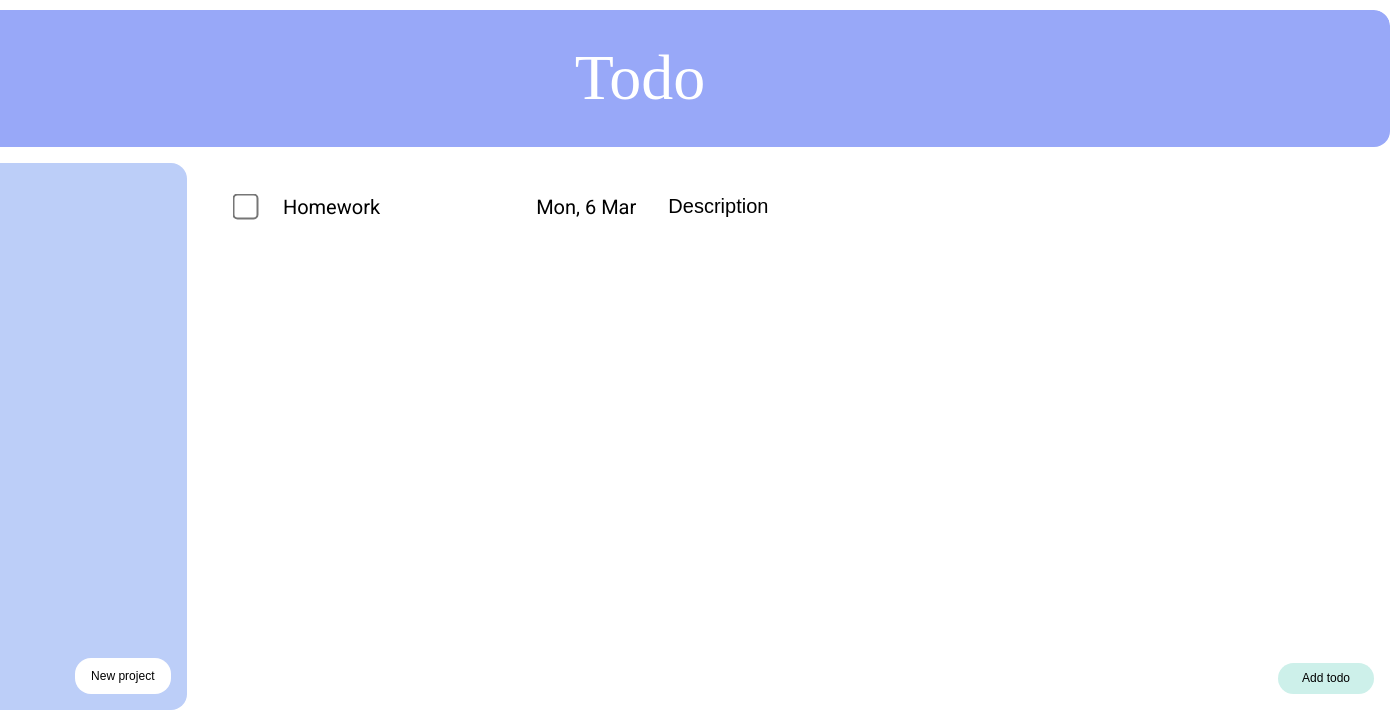
Repository: yeetzpxoci/todo-list
Page: dist/index.html
An editor plug-in stored every save of this project. The page is shown before and after the next save, followed by the edit.
The browser window is 1280 px wide. The page is 1390 px wide, so the pictures cover 1390 px, including what lies to the right of the window. The pictures show the whole page.
Some web fonts or font styles are not loaded; a fallback is used.

Above is the page before, as saved 2023-03-07 17:25:29.
Console error: ReferenceError: projectNameSubmit is not defined

### dist/index.html
<!DOCTYPE html>
<html lang="en">
<head>
    <meta charset="UTF-8">
    <meta http-equiv="X-UA-Compatible" content="IE=edge">
    <meta name="viewport" content="width=device-width, initial-scale=1.0">
    <title>Todo List</title>
    <link rel="stylesheet" href="styles.css">
    <link rel="preconnect" href="https://fonts.googleapis.com">
    <link rel="preconnect" href="https://fonts.gstatic.com" crossorigin>
    <link href="https://fonts.googleapis.com/css2?family=Tilt+Warp&display=swap" rel="stylesheet">
    <link href="https://fonts.googleapis.com/css2?family=Roboto&family=Tilt+Warp&display=swap" rel="stylesheet">
</head>
<body>

<script src="main.js"></script>
</body>
</html>

### dist/styles.css
body, html {
    margin:0;
    padding: 0;
}

body {
    min-height: 100vh;
    display: flex;
    flex-direction: column;
    justify-content: center;
    align-items: center;
    font-family: 'Roboto';
    background-color: white;
}

p {
    margin: 0;
    padding: 0;
}

#content {
    width: 1500px;
    height: 700px;
    display: grid;
    grid-template-columns: 1fr 4fr;
    grid-template-rows: 1fr 4fr;
    background-color: white;
    z-index: 0;
    overflow: hidden;
    border-radius: 16px;
    gap: 16px;
}

#header {
    display: flex;
    justify-content: center;
    align-items: center;
    background-color: #98A8F8;
    font-size: 64px;
    font-family: 'Tilt Warp', cursive;
    grid-column: 1 / 3;
    grid-row: 1 / 2;
    z-index: 1;
    border-radius: 16px;
}

#header p {
    margin: 24px;
    padding: 0;
    color: white;
}

#sidebar {
    display: flex;
    flex-direction: column;
    background-color: #BCCEF8   ;
    grid-column: 1 / 2;
    grid-row: 2 / 3;
    z-index: -1;
    padding-left: 24px;
    padding-top: 24px;
    border-radius: 16px;
}

#projects-div {
    display: flex;
    flex-direction: column;
    width: 100%;
}

#add-project {
    align-self: flex-end;
    border-radius: 16px;
    border-width: 0;
    height: 36px;
    width: 96px;
    font-size: 12px;
    margin-top: auto;
    margin-right: 16px;
    margin-bottom: 16px;
    background-color: white;
    cursor: pointer;
}

#add-todo {
    align-self: flex-end;
    border-radius: 16px;
    border-width: 0;
    height: 36px;
    width: 96px;
    font-size: 12px;
    margin-top: auto;
    margin-bottom: 16px;
    margin-right: 16px;
    background-color: #CDF0EA;
    cursor: pointer;
}

.project-name {
    font-size: 32px;
    font-weight: bold;
    cursor: pointer;
}

#todos-wrapper {
    display: flex;
    flex-direction: column;
    gap: 16px;
    background-color: white;
    border-radius: 16px;
}

#todos {
    height: 100%;
    display: grid;
    grid-template-columns: 1fr 1fr;
    grid-auto-rows: 20%;
    column-gap: 16px;
    padding-left: 16px;
    padding-right: 16px;
    margin-top: 16px;
    overflow: scroll;
}

.todo, .todo-high, .todo-medium, .todo-low {
    display: flex;
    justify-content: space-between;
    align-items: center;
    height: 60%;
    border-radius: 16px;
    padding-left: 16px;
    padding-right: 16px;
    font-size: 20px;
}

.todo-high {
    background-color: #FFCBCB;
}

.todo-medium {
    background-color: #FFFDDE;
}

.todo-low {
    background-color: #E7FBBE;
}

.due {
    padding-left: 128px;
}

.checkbox {
    transform: scale(2);
}

.description {
    background-color: #caf1ff;
    border-radius: 16px;
    border-width: 0px;
    font-size: 20px;
    padding: 4px;
    cursor: pointer;
    background-color: transparent;
}

#description-div {
    display: none;
    flex-direction: column;
    flex-wrap: wrap;
    background-color: #F9F9F9;
    width: 25%;
    height: 40%;
    border-radius: 16px;
    padding: 16px;
    position: absolute;
    margin-left: auto;
    margin-right: auto;
    left: 0;
    right: 0;
    z-index: 2;
    box-shadow: 0 0 0 1600px rgba(0, 0, 0, 0.65);
}

#description-text {
    justify-content: baseline;
}

#close-button {
    margin-top: -8px;
    margin-right: -8px;
    font-weight: bold;
    width: 24px;
    height: 24px;
    align-self: flex-end;
    background-color: transparent;
    border: transparent;
    cursor: pointer;
}

#new-project-form {
    display: none;
    flex-direction: column;
    align-items: center;
    gap: 8px;
    flex-wrap: wrap;
    background-color: #F9F9F9;
    width: 20%;
    height: 10%;
    border-radius: 16px;
    padding: 16px;
    position: absolute;
    margin-left: auto;
    margin-right: auto;
    left: 0;
    right: 0;
    top: 256px;
    z-index: 2;
    box-shadow: 0 0 0 1600px rgba(0, 0, 0, 0.65);
}

#new-todo-form {
    display: none;
    flex-direction: column;
    align-items: center;
    gap: 8px;
    flex-wrap: wrap;
    background-color: #F9F9F9;
    width: 20%;
    height: 20%;
    border-radius: 16px;
    padding: 16px;
    position: absolute;
    margin-left: auto;
    margin-right: auto;
    left: 0;
    right: 0;
    top: 256px;
    z-index: 2;
    box-shadow: 0 0 0 1600px rgba(0, 0, 0, 0.65);
}

### dist/main.js
(()=>{"use strict";let e=[];function t(e){return{name:e,todos:[]}}let n=t("Default");function o(){for(let e=0;e<projects.length;e++){const t=document.createElement("p");t.className="project-name",t.innerHTML=projects[e].name,sidebarDiv.append(t)}}function c(){sidebarDiv.innerHTML=""}n.todos.push({title:"Homework",description:"Networks and Security bTCP Homework",dueDate:"Mon, 6 Mar",priority:"High"}),e.push(n),function(e){const t=document.createElement("div");t.id="content";const n=document.createElement("div");n.id="header";const d=document.createElement("p");d.innerHTML="Todo",n.append(d);const i=document.createElement("div");i.id="sidebar";const a=document.createElement("button");a.id="add-project",a.innerHTML="New project",a.addEventListener("click",(function(){document.getElementById("new-project-form").style.display="flex"})),i.append(a);const s=document.createElement("div");s.id="todos-wrapper";const r=document.createElement("div");r.id="todos";const m=document.createElement("button");m.id="add-todo",m.innerHTML="Add todo",s.append(r,m);const l=document.createElement("button");l.id="close-button",l.innerHTML="X",l.addEventListener("click",(function(){this.parentElement.style.display="none"}));for(let t=0;t<e[0].todos.length;t++){const n=document.createElement("div");n.className="todo";const o=document.createElement("input");o.className="checkbox",o.type="checkbox";const c=document.createElement("p");c.innerHTML=e[0].todos[t].title,c.className="todo-name";const d=document.createElement("p");d.innerHTML=e[0].todos[t].dueDate,d.className="due";const i=document.createElement("p");i.id="description-text",i.innerHTML=e[0].todos[t].description;const a=l.cloneNode(!0);a.addEventListener("click",(function(){this.parentElement.style.display="none"}));const s=document.createElement("div");s.id="description-div",s.append(a,i);const m=document.createElement("button");m.innerHTML="Description",m.className="description",m.addEventListener("click",(function(){this.previousElementSibling.style.display="flex"})),n.append(o,c,d,s,m),r.append(n)}const p=document.createElement("form");p.id="new-project-form",p.onsubmit=function(e){e.preventDefault()};const u=document.createElement("input");u.id="project-name-input",u.type="text",u.placeholder="Project name";const E=document.createElement("input");E.type="submit",E.value="Add project",E.addEventListener("click",(function(){c(),o(),this.parentElement.style.display="none"})),p.append(l,u,E),t.append(n,i,s,p),document.body.appendChild(t)}(e),projectNameSubmit.addEventListener("click",(function(){!function(n){let o=t(document.getElementById("project-name-input").value);e.push(o)}(),sidebarDiv.innerHTML="",function(){for(let t=0;t<e.length;t++){const n=document.createElement("p");n.className="project-name",n.innerHTML=e[t].name,sidebarDiv.append(n)}}(),this.parentElement.style.display="none"}))})();

After the next save:
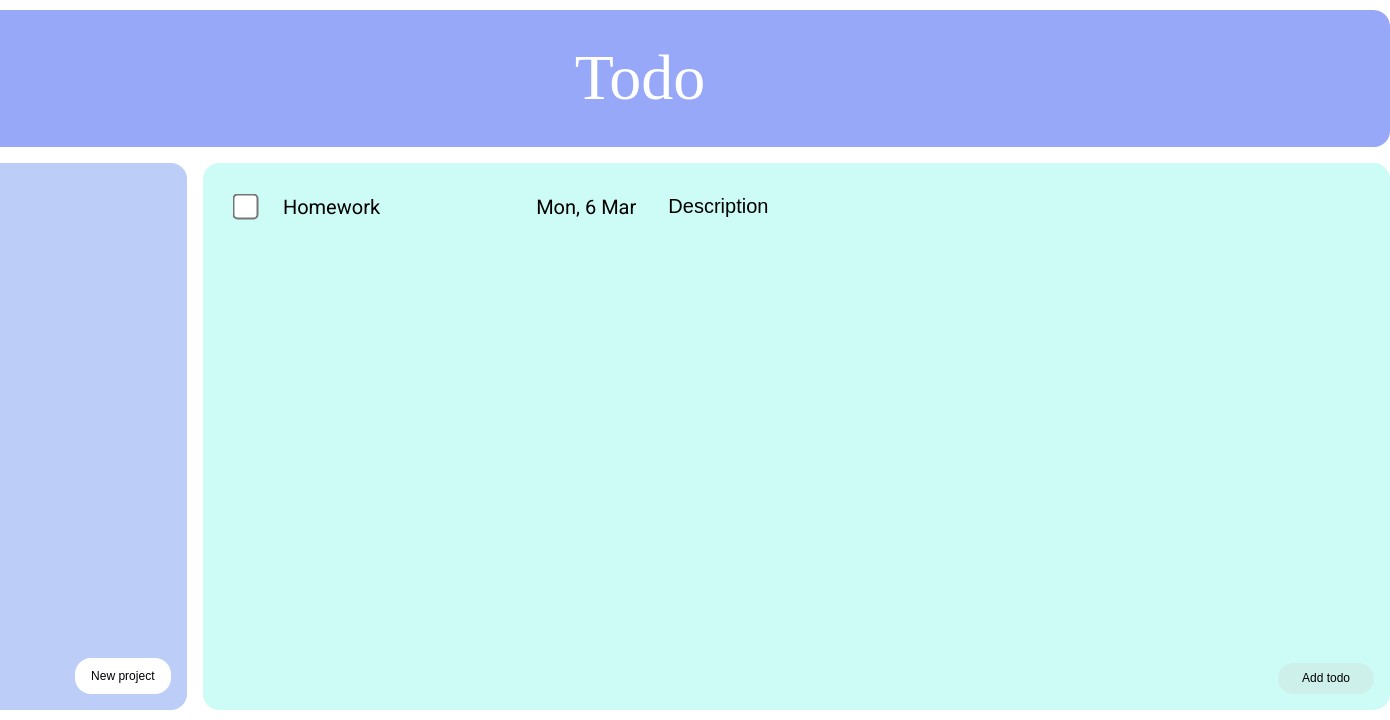
Saved 13 s later.
--- a/dist/styles.css
+++ b/dist/styles.css
@@ -106,7 +106,7 @@ p {
     display: flex;
     flex-direction: column;
     gap: 16px;
-    background-color: white;
+    background-color: #CDFCF6;
     border-radius: 16px;
 }
 
